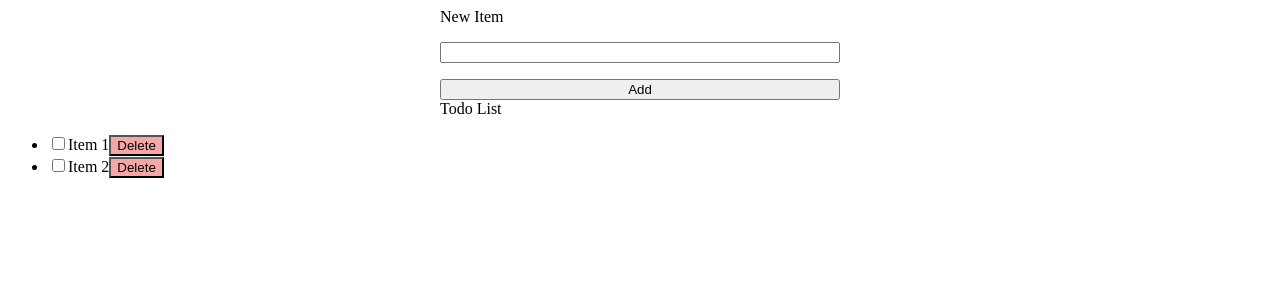
Repository: emmanuel2011-program/react-to-do-list
Page: /
These files come from the project's save history. The page is drawn as it stood at one moment and after the next save; the edit follows.
The browser window is 1280 px wide. The pictures show the whole page.
The project was rebuilt for these pictures with package versions that can differ from the ones it lists, and the page was loaded fresh each time. Also part of the build but not shown: vite.config.js.

Above is the page before, as saved 2025-11-03 10:06:32.

### index.html
<!doctype html>
<html lang="en">
  <head>
    <meta charset="UTF-8" />
    <link rel="icon" type="image/svg+xml" href="/vite.svg" />
    <meta name="viewport" content="width=device-width, initial-scale=1.0" />
    <title>react-to-do-list</title>
  </head>
  <body>
    <div id="root"></div>
    <script type="module" src="/src/main.jsx"></script>
  </body>
</html>

### src/App.jsx
import "./styles.css"

export default function App() {
  return (
    <>
  <form className="new-item-form">

      <label htmlFor="item">New Item</label>
      <input type="text" id="item" />
    <button className="btn">Add</button>
  </form>
  <hi className="header">Todo List</hi>
  <ul className="list">
    <li>
      <label>
        <input type="checkbox" />
        Item 1
      </label>
      <button className="btn-danger">Delete</button>
    </li>
    <li>
      <label>
        <input type="checkbox" />
        Item 2
      </label>
      <button className="btn-danger">Delete</button>
    </li>
  </ul>
  </>
)
}

### src/styles.css
/* Align the label above the input */
.new-item-form {
  display: flex;
  flex-direction: column;
  gap: 1rem; /* space between rows if you add more later */
  max-width: 400px;
  margin: 0 auto;
}

.btn-danger {
    background-color: rgb(245, 167, 167);
}
.btn-danger {
    background-color: rgb(245, 167, 167);
}

.form-row {
  display: flex;
  flex-direction: column; /* 👈 stacks label above input */
}

.form-row label {
  margin-bottom: 6px;
  font-weight: 600;
  font-size: 0.95rem;
  color: var(--muted);
}

.form-row input {
  padding: 10px 12px;
  font-size: 1rem;
  border-radius: 8px;
  border: 1px solid #334155;
  background-color: #ecedf0;
  color: var(--text);
  outline: none;
  transition: border 0.2s ease, box-shadow 0.2s ease;
}

.form-row input:focus {
  border-color: var(--accent);
  box-shadow: 0 0 6px rgba(125, 211, 252, 0.4);
}
.header {
    display: flex;
  flex-direction: column;
  gap: 1rem; /* space between rows if you add more later */
  max-width: 400px;
  margin: 0 auto;
}

Loaded but not shown: src/main.jsx (common file)

After the next save:
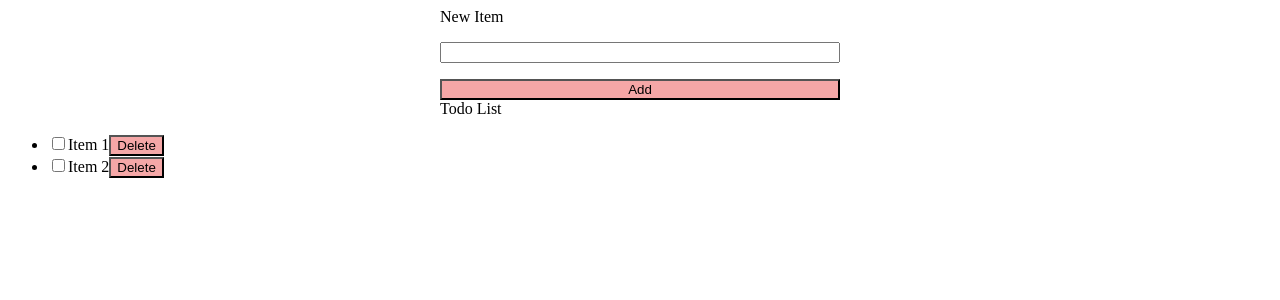
Saved 5 s later.
--- a/src/styles.css
+++ b/src/styles.css
@@ -10,7 +10,7 @@
 .btn-danger {
     background-color: rgb(245, 167, 167);
 }
-.btn-danger {
+.btn {
     background-color: rgb(245, 167, 167);
 }
 
